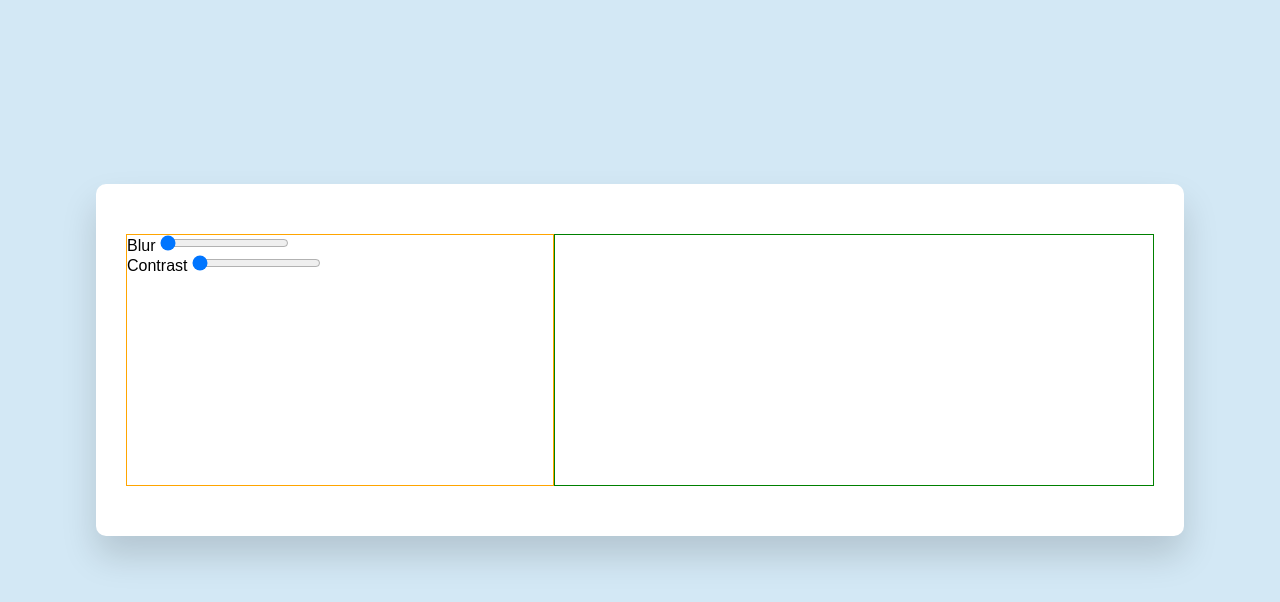
Repository: Larrowo/Challenges
Page: Photo filter/index.html
These files come from the project's save history. The page is drawn as it stood at one moment and after the next save; the edit follows.
The browser window is 1280 px wide. The pictures show the whole page.

Above is the page before, as saved 2022-04-01 12:19:43.

After the next save:
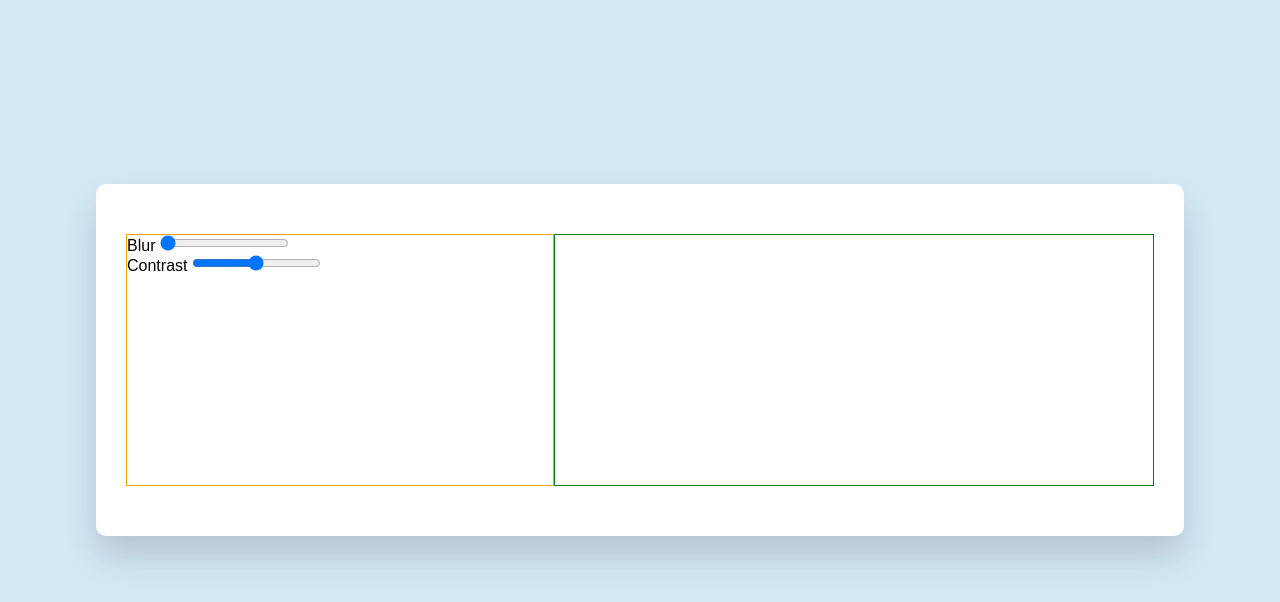
Saved 16 s later.
--- a/Photo filter/index.html
+++ b/Photo filter/index.html
@@ -17,7 +17,7 @@
             </div>
             <div class="filter">
                 <label for="contrast">Contrast</label>
-                <input type="range" min="0" max="5" value="0" step="0.1" id="Contrast">
+                <input type="range" min="0" max="200" value="100" step="0.1" id="Contrast">
             </div>
         </div>
         <div class="results">

After the 2 saves that followed:
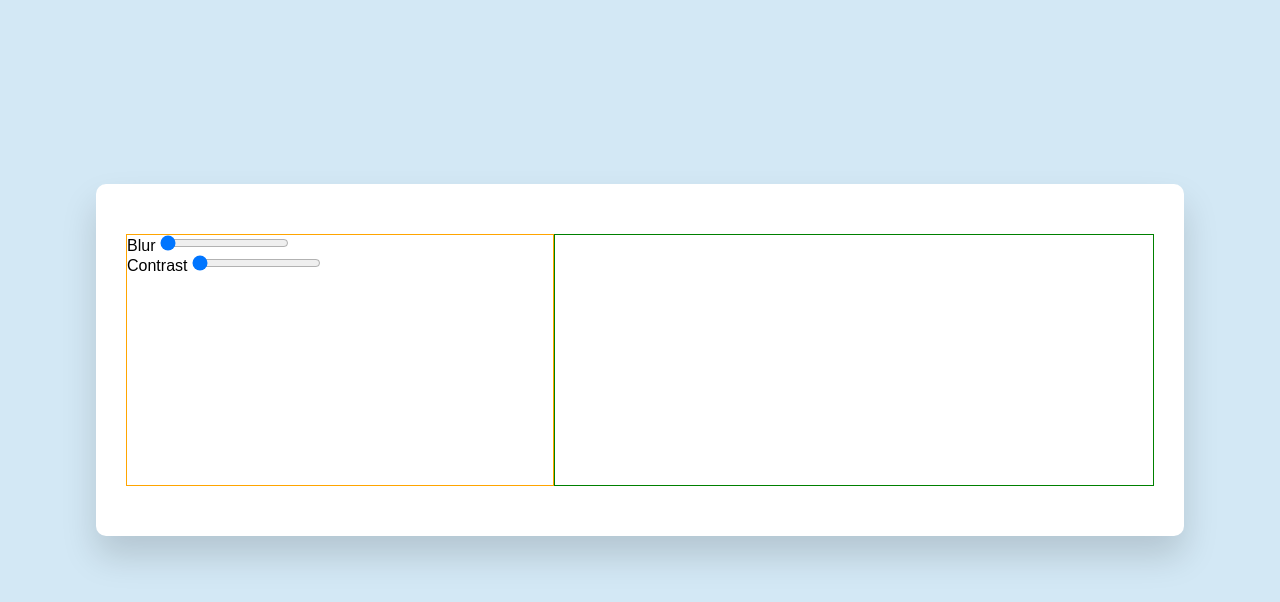
The 2 saves are shown as one change because 1 left the picture as it was.
The last was saved 52 s later.
--- a/Photo filter/index.html
+++ b/Photo filter/index.html
@@ -17,7 +17,7 @@
             </div>
             <div class="filter">
                 <label for="contrast">Contrast</label>
-                <input type="range" min="0" max="200" value="100" step="0.1" id="Contrast">
+                <input type="range" min="0" max="5" value="0"  id="Contrast">
             </div>
         </div>
         <div class="results">
